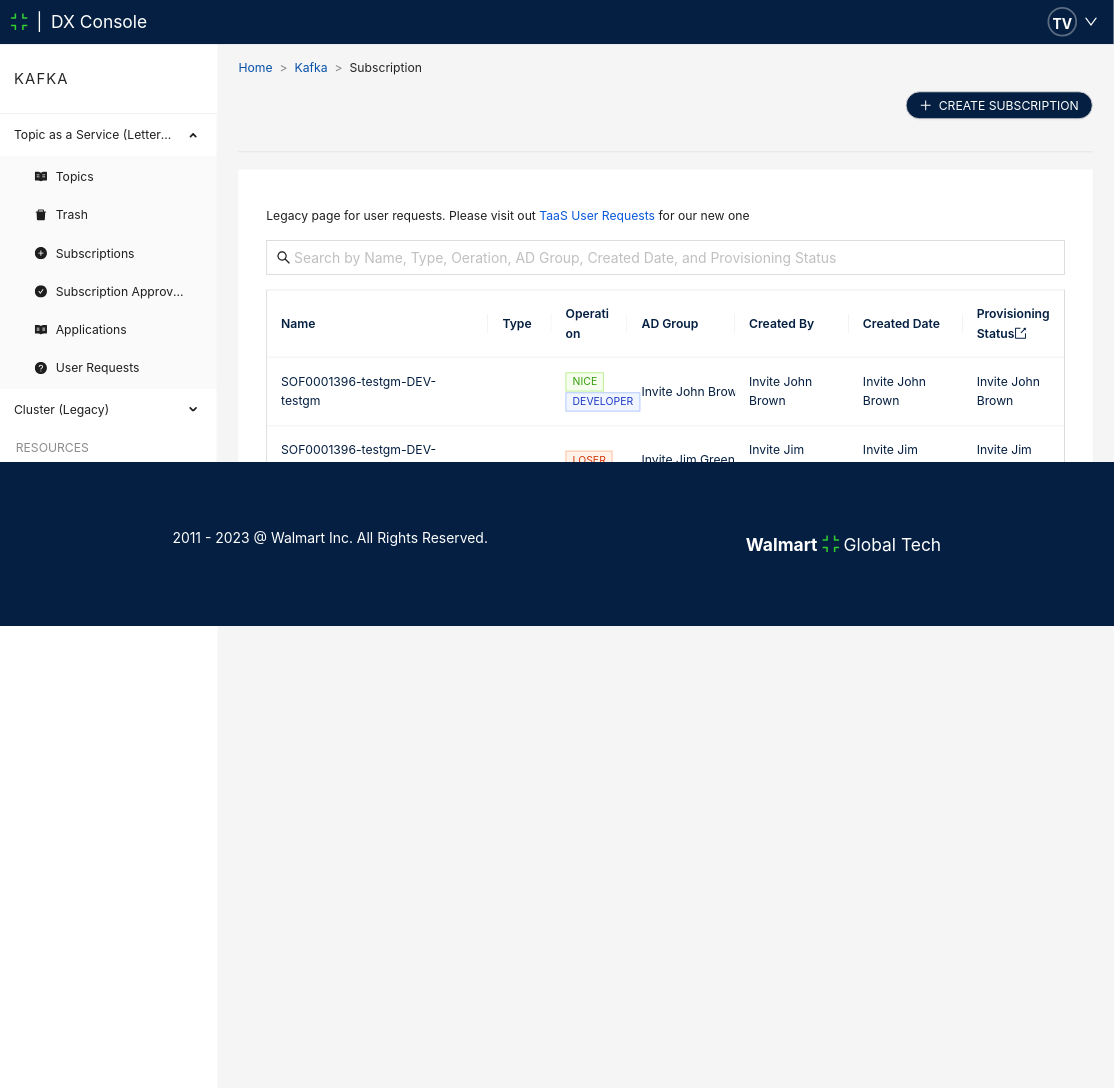
Repository: Qianying-Chai/kafka
Page: /kafka/legacy-requests
An editor plug-in stored every save of this project. The page is shown before and after the next save, followed by the edit.
The browser window is 1280 px wide. The pictures show the whole page, at 87% of full size.
The project was rebuilt for these pictures with package versions that can differ from the ones it lists, and the page was loaded fresh each time. Also part of the build but not shown: src/pages/Taas/Topics/Topics.jsx, src/pages/Taas/Trash/Style/Trash.css, src/pages/Taas/Trash/Trash.jsx, src/pages/Taas/SubscriptionApprovals/SubscriptionApprovals.jsx, src/pages/Taas/Subscriptions/SubscriptionsNonProxy/SubscriptionsNonProxy.jsx, src/pages/Taas/Subscriptions/SubscriptionsProxy/SubscriptionsProxy.jsx, src/pages/Taas/Applications/Applications.jsx, src/pages/Taas/UserRequests/UserRequests.jsx and 6 more.

Above is the page before, as saved 2024-01-12 23:20:22.

After the next save:
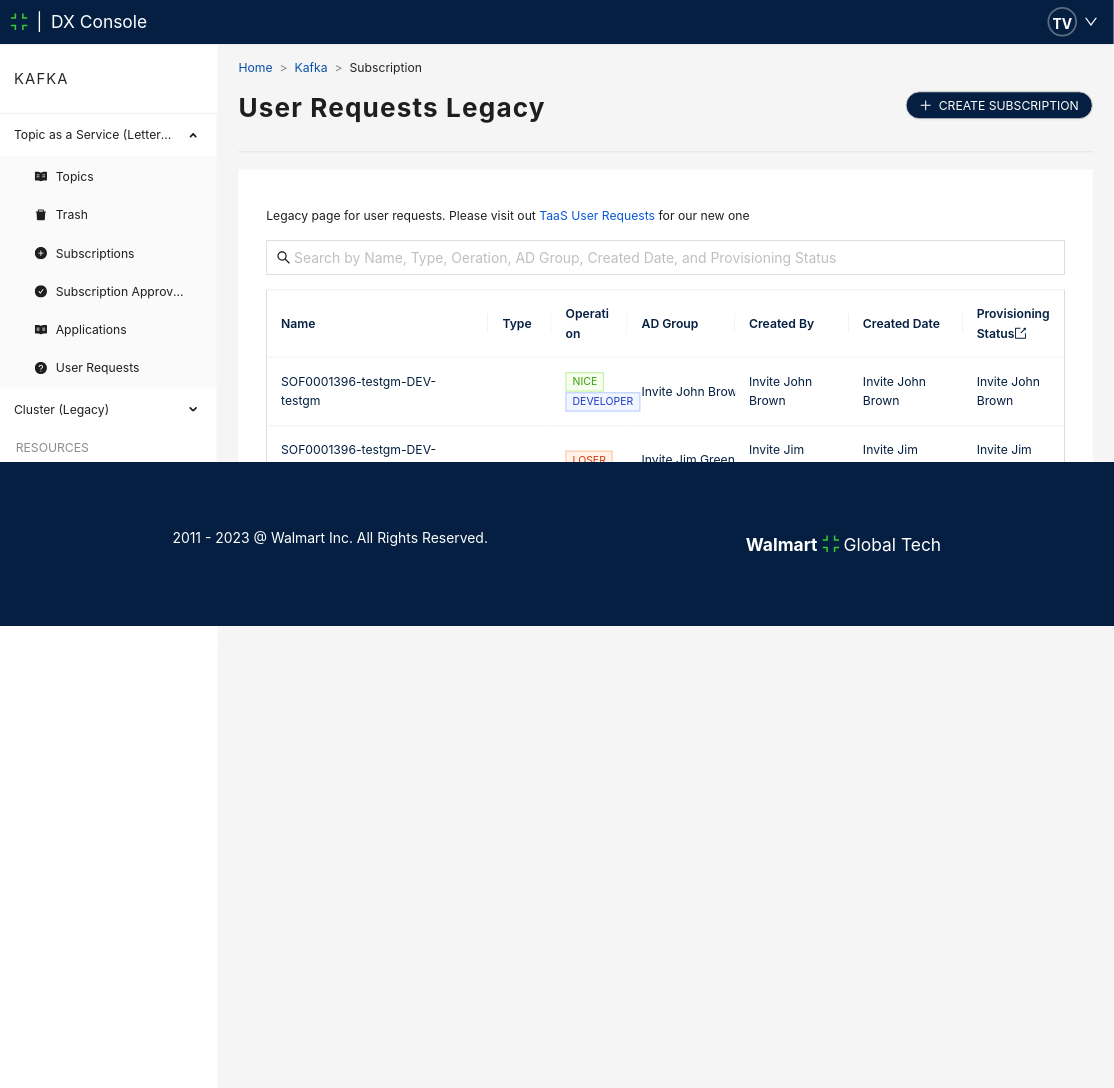
Saved 8 s later.
--- a/src/pages/Cluster/UserRequestsLegacy.jsx
+++ b/src/pages/Cluster/UserRequestsLegacy.jsx
@@ -139,7 +139,7 @@
           ]}
         />
         <div className="content-banner">
-          <ComponentsTitle title={categoryConstants.UserRequestsLegacy} />
+          <ComponentsTitle title={categoryConstants.USERE_REQUESTS_LEGACY} />
           <Button shape="round" size="medium" className="content-banner-button">
             <PlusOutlined />
             {`CREATE ${categoryConstants.SUBSCRIPTION.toLocaleUpperCase()}`}
